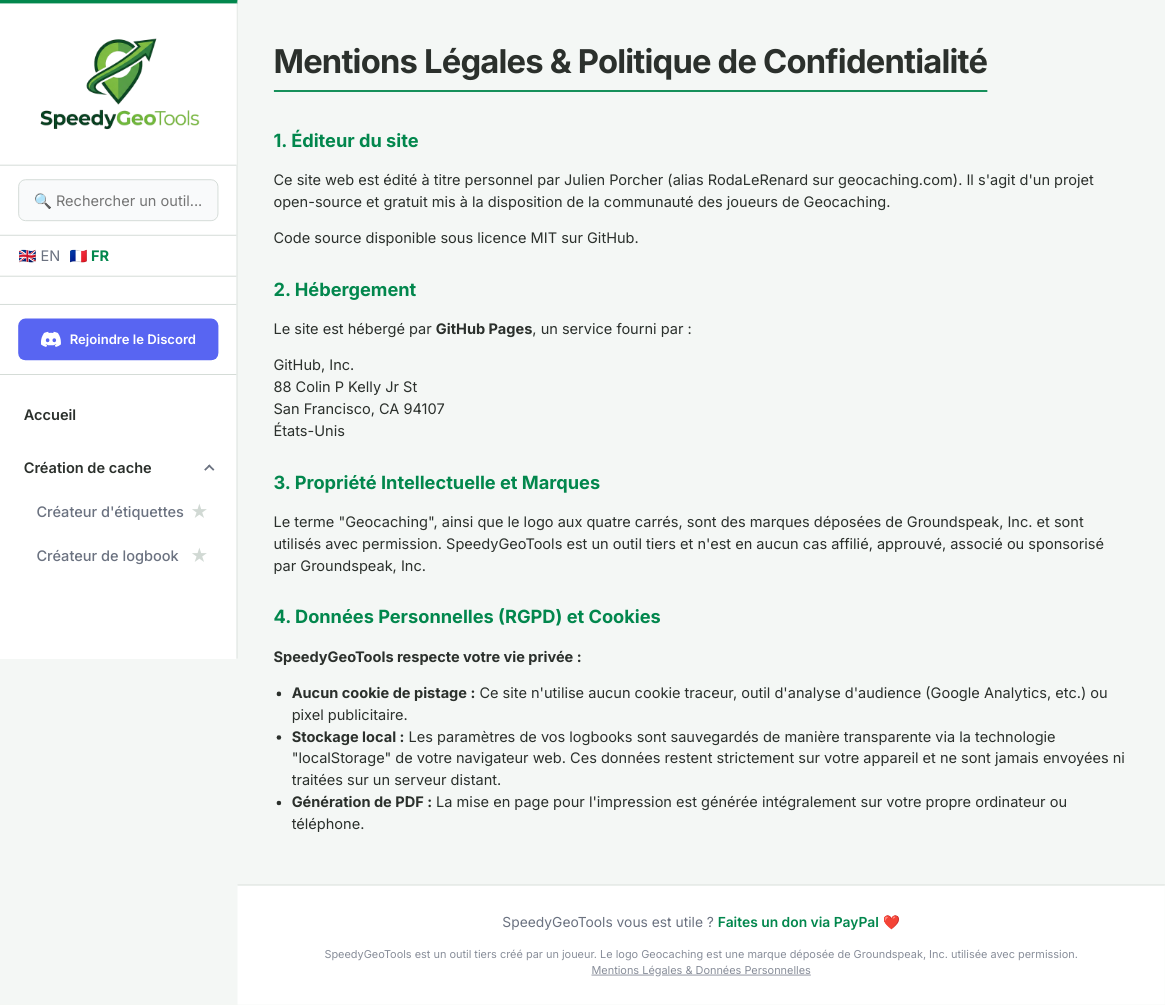
Repository: rodafux/SpeedyGeoTools
Page: fr/legal.html
An editor plug-in stored every save of this project. The page is shown before and after the next save, followed by the edit.
The browser window is 1280 px wide. The pictures show the whole page, at 91% of full size.

Above is the page before, as saved 2026-04-11 01:24:13.

After the next save:
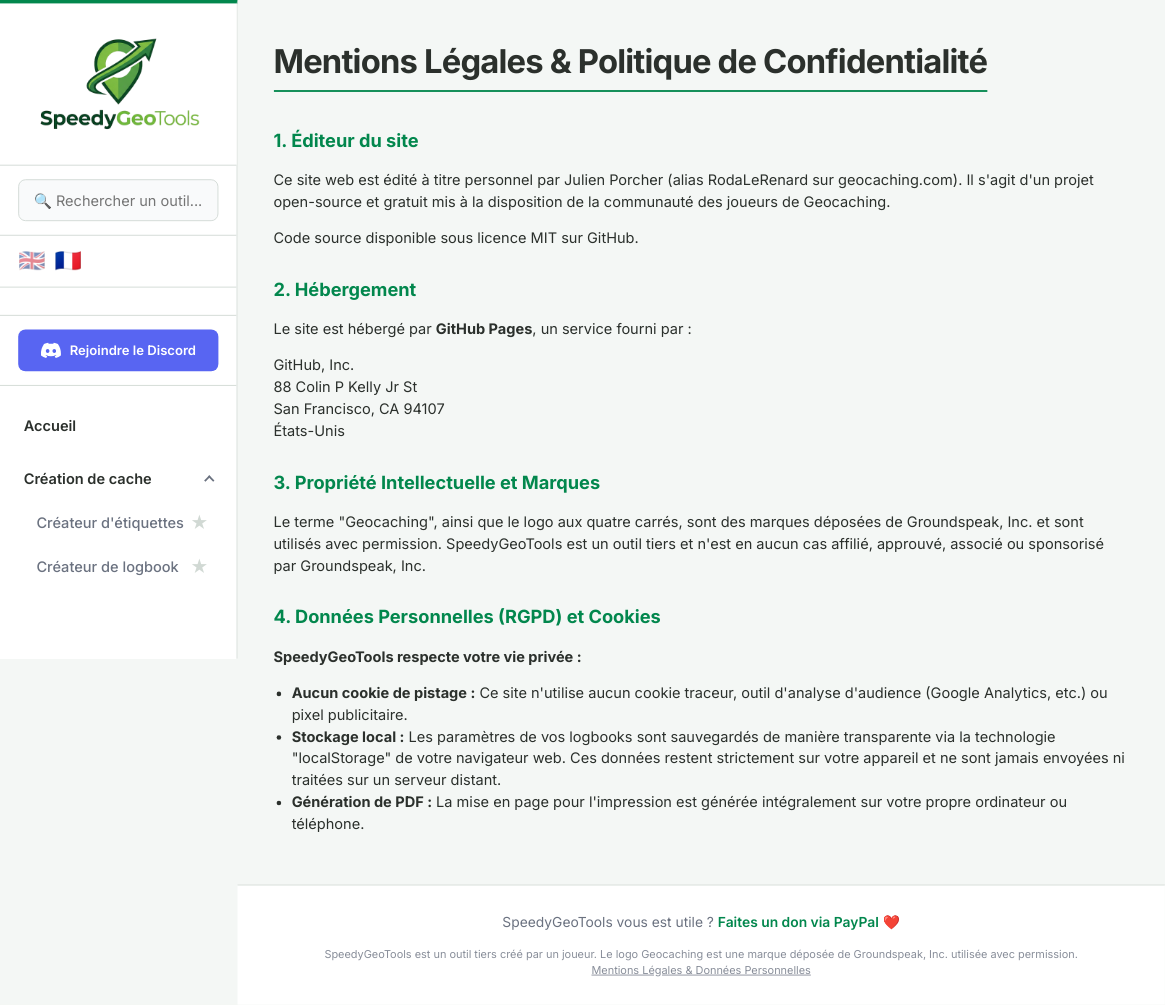
Saved 7 s later.
--- a/fr/legal.html
+++ b/fr/legal.html
@@ -26,8 +26,8 @@
                 <input type="text" id="toolSearch" placeholder="🔍 Rechercher un outil..." onkeyup="filterTools()">
             </div>
             <div style="padding: 10px 20px; border-bottom: 1px solid var(--border-color); display: flex; gap: 10px;">
-                <a href="../legal.html" style="text-decoration: none; color: var(--text-muted);">🇬🇧 EN</a>
-                <a href="legal.html" style="text-decoration: none; font-weight: bold; color: var(--primary-color);">🇫🇷 FR</a>
+                <a href="../legal.html" style="text-decoration: none; font-size: 1.5rem; opacity: 0.5;">🇬🇧</a>
+                <a href="legal.html" style="text-decoration: none; font-size: 1.5rem; opacity: 1;">🇫🇷</a>
             </div>
             <div id="google_translate_element" class="translation-widget"></div>
             <div class="sidebar-discord">
